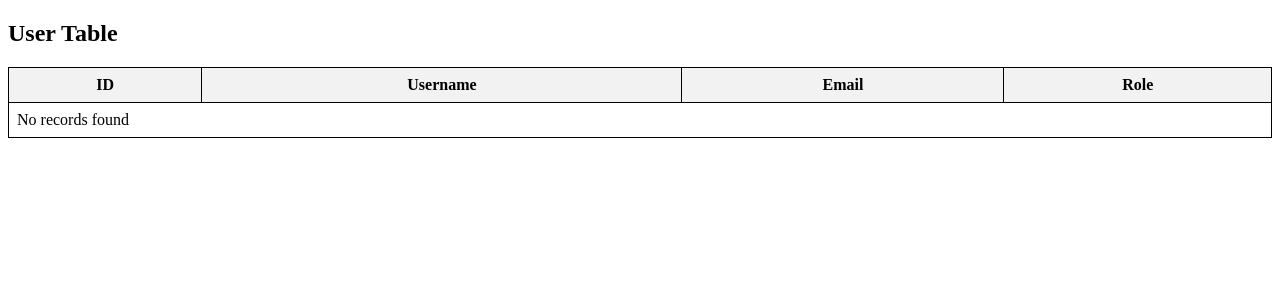
Repository: TuanAnhNguyen723/DanhGiaKIemDinh
Page: http://localhost/phpmailer/quanly.php
An editor plug-in stored every save of this project. The page is shown before and after the next save, followed by the edit.
The browser window is 1280 px wide. The pictures show the whole page.
The page is run by PHP 8.4 with error messages shown; the project is at /var/www/html/. Queries for data that is not in the repository find no rows.

Above is the page before, as saved 2024-05-24 10:19:23.

After the next save:
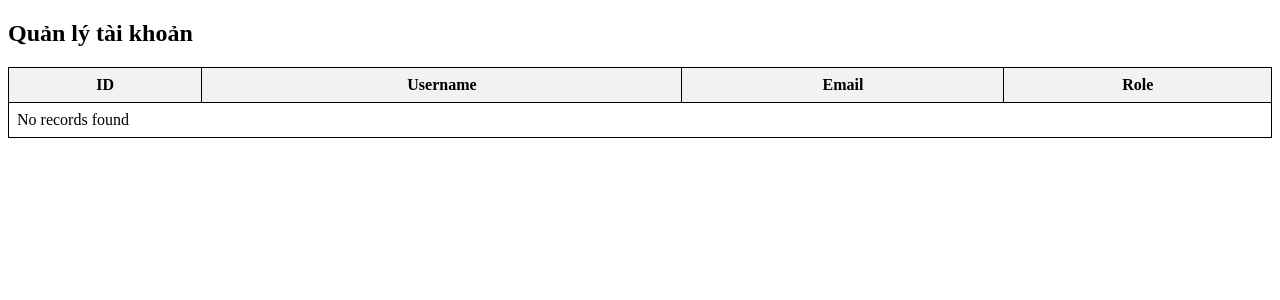
Saved 50 s later.
--- a/quanly.php
+++ b/quanly.php
@@ -20,7 +20,7 @@
 </head>
 <body>
 
-<h2>User Table</h2>
+<h2>Quản lý tài khoản</h2>
 
 <table>
     <tr>
